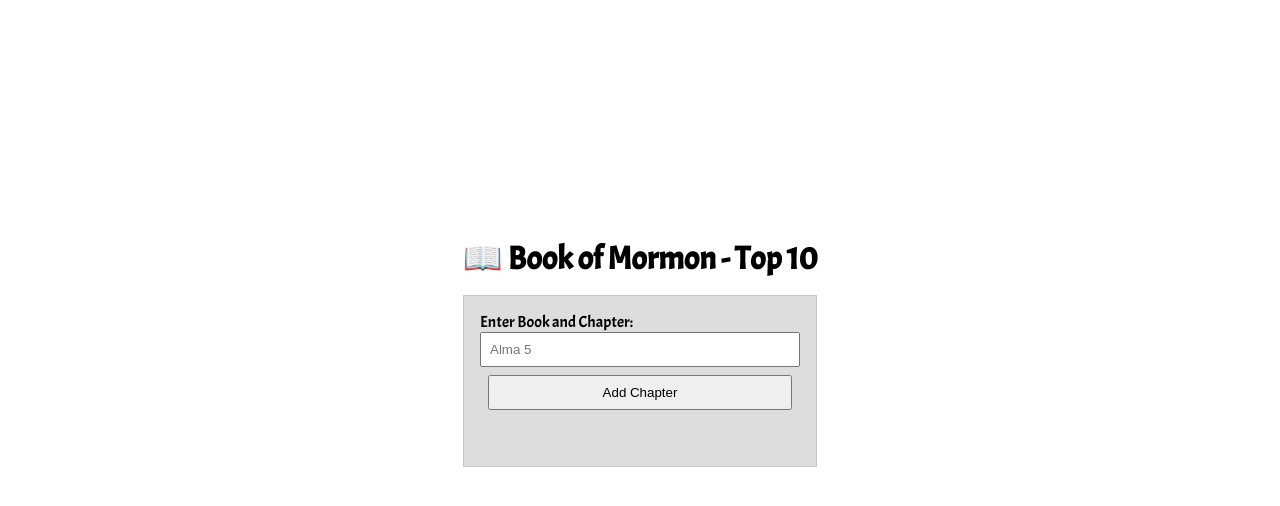
Repository: mszakutumela/wdd230
Page: week02/bom.html
An editor plug-in stored every save of this project. The page is shown before and after the next save, followed by the edit.
The browser window is 1280 px wide. The pictures show the whole page.

Above is the page before, as saved 2024-01-24 07:48:06.

### week02/bom.html
<!DOCTYPE html>
<html lang="en">

<head>
    <meta charset="UTF-8">
    <meta http-equiv="X-UA-Compatible" content="IE=edge">
    <meta name="viewport" content="width=device-width, initial-scale=1.0">
    <title>DOM Manipulation</title>
    <meta name="description" content="WDD 230 - W02 - JavaScript: DOM Manipulation by Ayanda Ndlovu">
    <meta name="author" content="Ayanda Ndlovu">
    <link rel="preconnect" href="https://fonts.googleapis.com">
    <link rel="preconnect" href="https://fonts.gstatic.com" crossorigin>
    <link href="https://fonts.googleapis.com/css2?family=Acme&display=swap" rel="stylesheet">
    <link rel="stylesheet" href="week02/styles/bom.css">
</head>

<body>
    <h1>📖 Book of Mormon - Top 10</h1>
<main>
	<label for="favchap">Enter Book and Chapter: </label>
	<input type="text" id="favchap" placeholder="Alma 5">
	<button type="submit">Add Chapter</button>
	<ul id="list"></ul>
</main>

</body>

</html>

### week02/styles/bom.css

* {
	margin: 0;
	padding: 0;
}

body {
	height: 100vh;
	display: flex;
	flex-direction: column;
	align-items: center;
	justify-content: center;
	font-family: 'Acme', Arial, sans-serif;
}

h1 {
	font-size: 1.5rem;
}

main {
	margin: 1rem auto;
	border: 1px solid rgba(0, 0, 0, 0.1);
	padding: 1rem;
	background-color: #ddd;
	display: flex;
	flex-direction: column;
}

input,
button {
	padding: 0.5rem;
}

button {
	margin: 0.5rem;
}

.delete {
	width: fit-content;
}

.input {
	display: flex;
	gap: 1rem;
}

.list {
	padding: 0.5rem;
}

ul {
	margin: 1rem;
	list-style: none;
}

li {
	display: flex;
	align-items: center;
	justify-content: space-between;
}

@media only screen and (min-width: 32.5em) {
	h1 {
		font-size: 2rem;
	}

	main {
		width: 320px;
	}
}

After the next save:
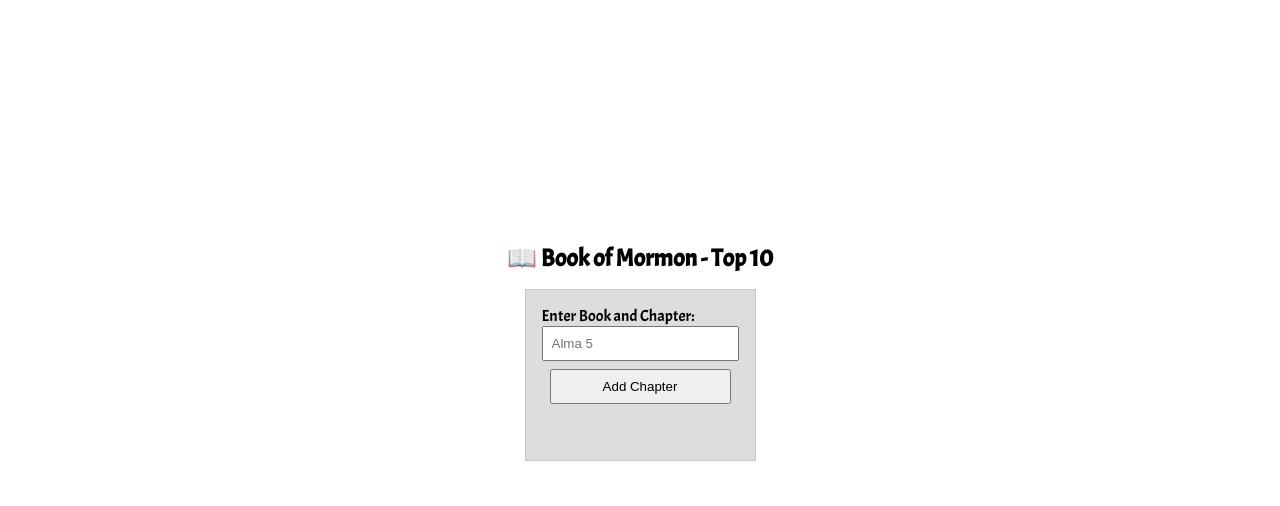
Saved 20 s later.
--- a/week02/styles/bom.css
+++ b/week02/styles/bom.css
@@ -59,7 +59,7 @@
 	justify-content: space-between;
 }
 
-@media only screen and (min-width: 32.5em) {
+/* @media only screen and (min-width: 32.5em) {
 	h1 {
 		font-size: 2rem;
 	}
@@ -67,4 +67,4 @@
 	main {
 		width: 320px;
 	}
-}
+} */

After the save that followed:
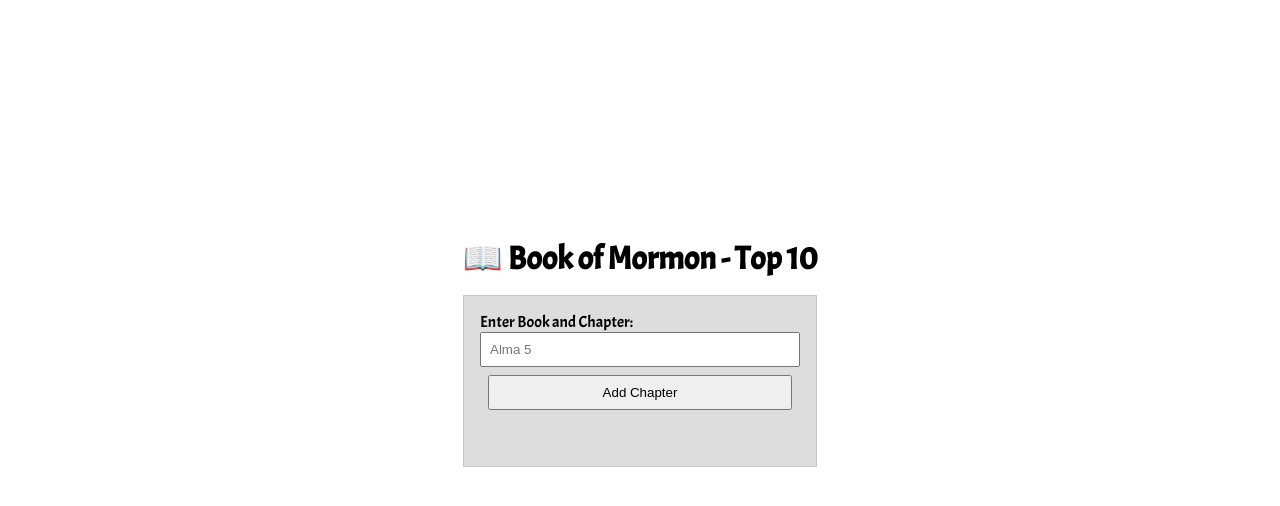
Saved 14 s later.
--- a/week02/styles/bom.css
+++ b/week02/styles/bom.css
@@ -59,7 +59,7 @@
 	justify-content: space-between;
 }
 
-/* @media only screen and (min-width: 32.5em) {
+@media only screen and (min-width: 32.5em) {
 	h1 {
 		font-size: 2rem;
 	}
@@ -67,4 +67,4 @@
 	main {
 		width: 320px;
 	}
-} */
+}
